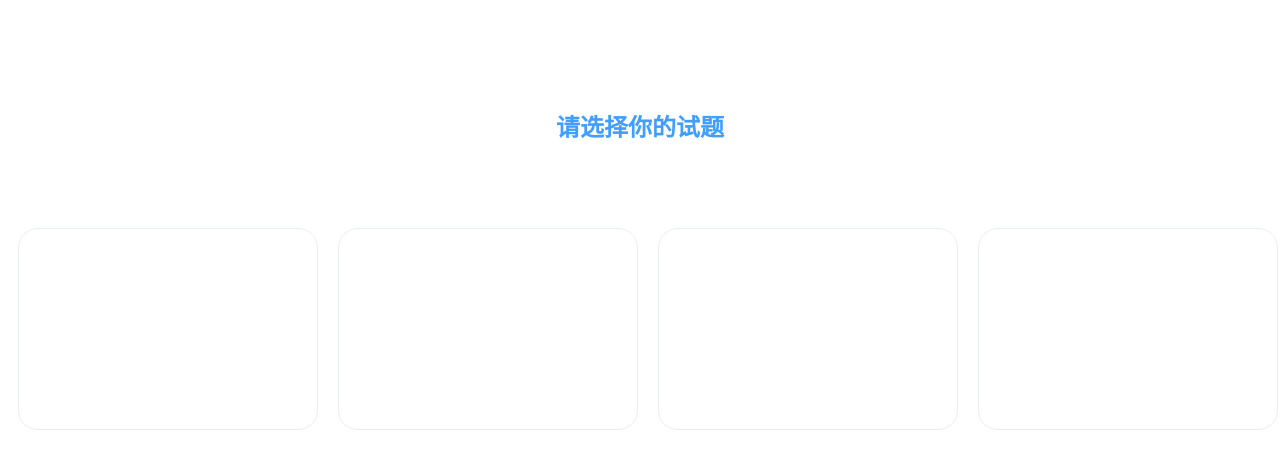
Repository: Fhup/OQP
Page: /home
An editor plug-in stored every save of this project. The page is shown before and after the next save, followed by the edit.
The browser window is 1280 px wide. The pictures show the whole page.
The project was rebuilt for these pictures with package versions that can differ from the ones it lists, and the page was loaded fresh each time.

Above is the page before, as saved 2021-11-28 09:17:48.

After the next save:
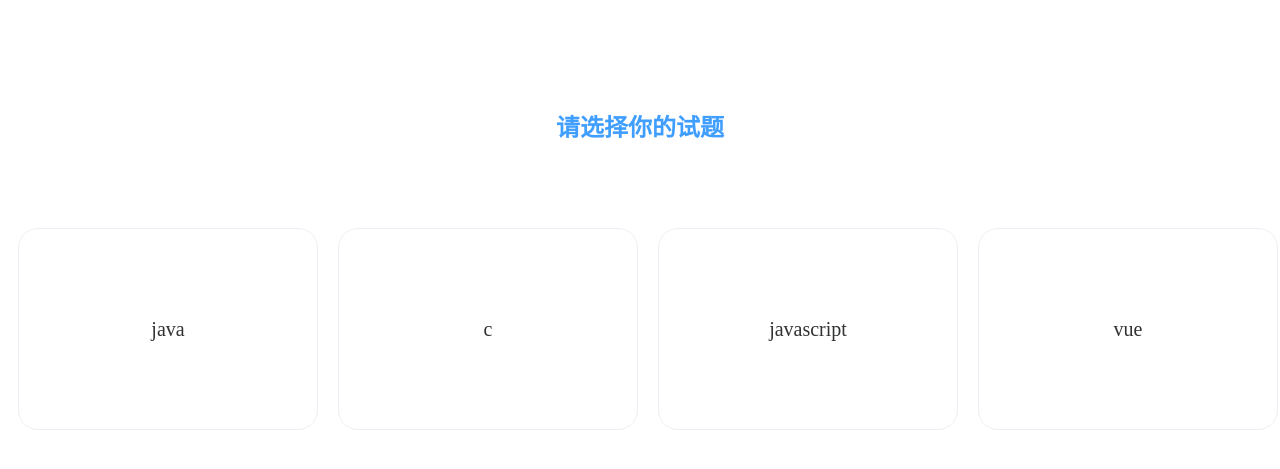
Saved 7 s later.
--- a/src/views/home/childCopms/homeCheck.vue
+++ b/src/views/home/childCopms/homeCheck.vue
@@ -7,7 +7,7 @@
       </el-row>
       <div style="display:flex">
         <el-row v-for="(item,index) in type" :key="index" style="flex:1;min-width:300px;margin:0 10px;">
-          <home-check-item @click.native="check(item)"/>
+          <home-check-item @click.native="check(item)" :type="item"/>
         </el-row>
       </div>
   <el-dialog
